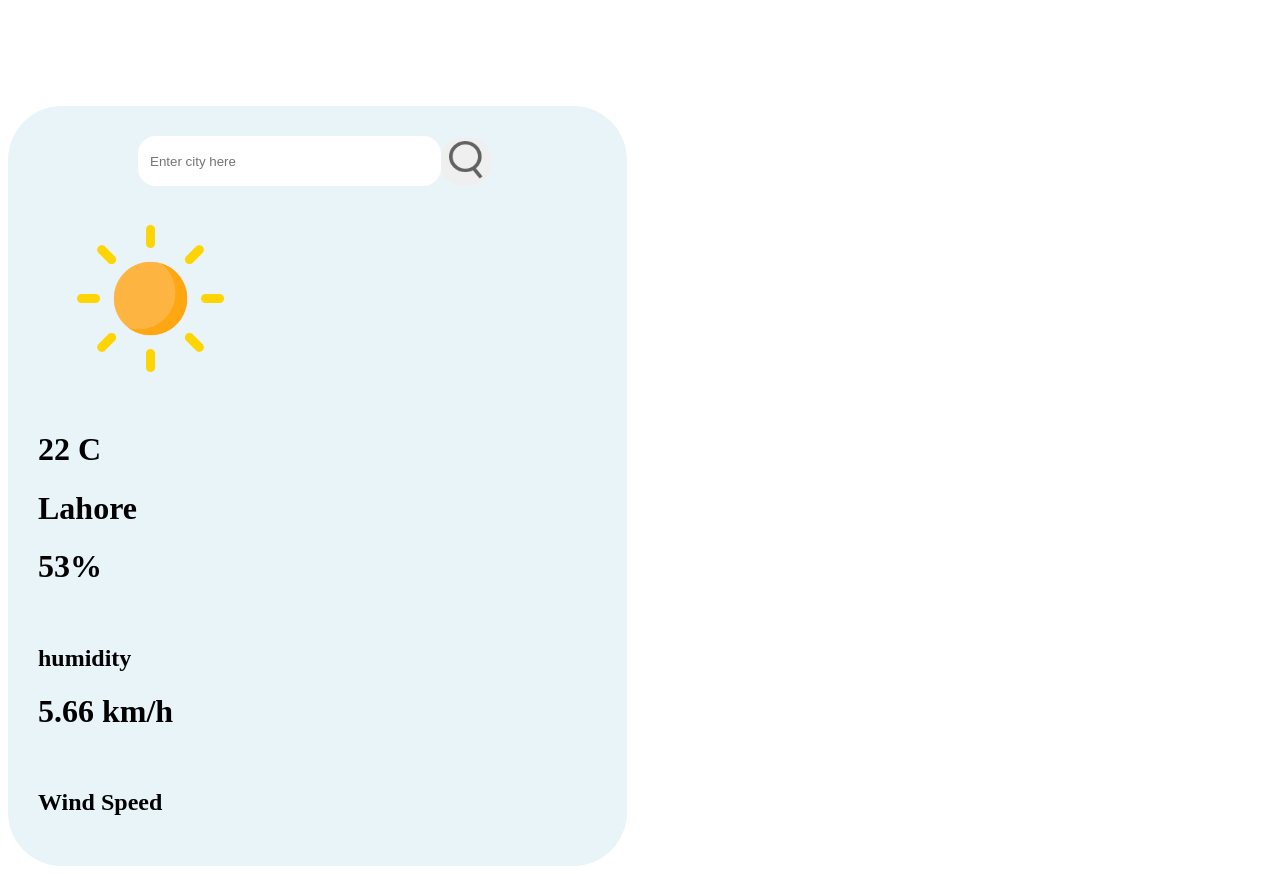
Repository: WajihaGul/Javascripts-Projects
Page: WEATHER APP/index.html
The author's editor kept a copy of each file at every save. The page is drawn from the files as they stood at one save, then again after the next save.
The browser window is 1280 px wide. The pictures show the whole page.

Above is the page before, as saved 2024-06-07 15:47:18.
Not found: WEATHER APP/script.js

### WEATHER APP/index.html
<!DOCTYPE html>
<html>
    <head>
        <meta charset="utf-8">
        <meta http-equiv="X-UA-Compatible" content="IE=edge">
        <title></title>
        <meta name="description" content="">
        <meta name="viewport" content="width=device-width, initial-scale=1">
        <link rel="stylesheet" href="./style.css">
    </head>
    <body>
            <div class="MainDiv">
                <div class="SearchDiv" >
                <input type="search" class="SearchInput" placeholder="Enter city here">
                <button class="SearchLogo"><img src="/images/search.png" class="btnimg" alt="SearchLogo"></button>
            </div>

            <div class="SecDiv">
                <div class="weather">
                <img src="./images/clear.png" alt="weather here">
                </div>
                <div class="temp">
                    <h1>22 C</h1>
                </div>
                <div class="cityName">
                    <h1>Lahore</h1>
                </div>
                <div class="humidity">
                    <h1>53%</h1>
                    <br>
                    <h2>humidity</h2>
                </div>
                <div class="windSpeed">
                    <h1>5.66 km/h</h1>
                    <br>
                    <h2>Wind Speed</h2>
                </div>
            </div>
        </div>
        <script src="./script.js" async defer></script>
    </body>
</html>

### WEATHER APP/style.css
.MainDiv{
    background-color: #e9f4f9;
    /* margin: 0 auto; */
    width: 559px;
    /* display: flex; */
    margin-top: 106px;
    border-radius: 54px;
    height: 700px;
    padding: 30px
}
 .SearchInput{
    width: 303px;
    height: 50px;
    border-radius: 18px;
    padding: 10px;
    border-color: transparent;
}
.SearchDiv{
    display: flex;
    flex-direction: row;
    align-items: center;
    margin: 0 auto;
    margin-left: 100px;
    margin-right: 100px;
}
.btnimg{
    height: 38px;
    width: 34px;
}
.SearchLogo{
        border-color: transparent;
    border-radius: 20px;
    cursor: pointer;
}

.weather{
    display: flex;
    margin: 0 auto;
}

After the next save:
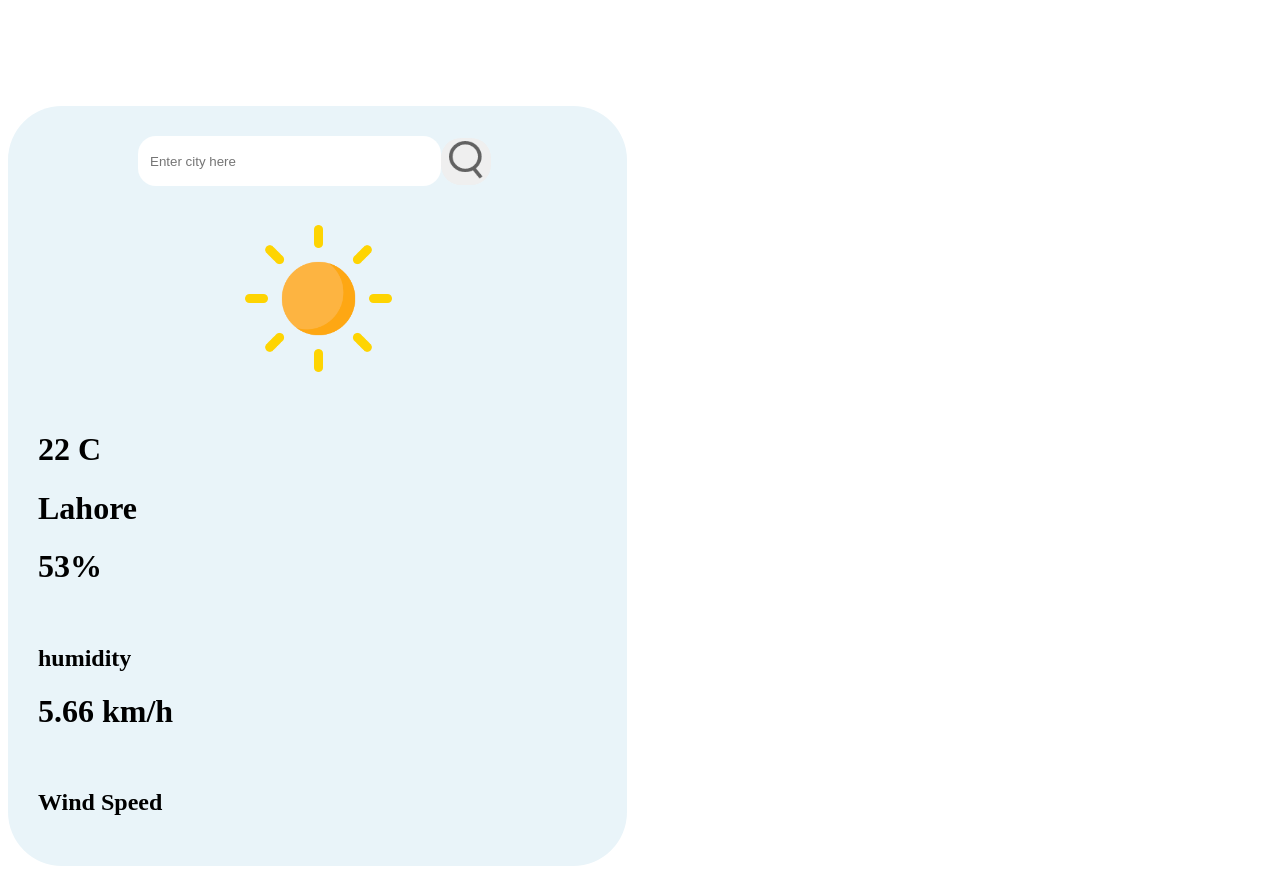
Saved 75 s later.
--- a/WEATHER APP/index.html
+++ b/WEATHER APP/index.html
@@ -17,7 +17,7 @@
 
             <div class="SecDiv">
                 <div class="weather">
-                <img src="./images/clear.png" alt="weather here">
+                <img src="./images/clear.png" alt="weather here" class="weatherImg">
                 </div>
                 <div class="temp">
                     <h1>22 C</h1>
--- a/WEATHER APP/style.css
+++ b/WEATHER APP/style.css
@@ -33,7 +33,7 @@
     cursor: pointer;
 }
 
-.weather{
+.weatherImg{
     display: flex;
     margin: 0 auto;
 }
